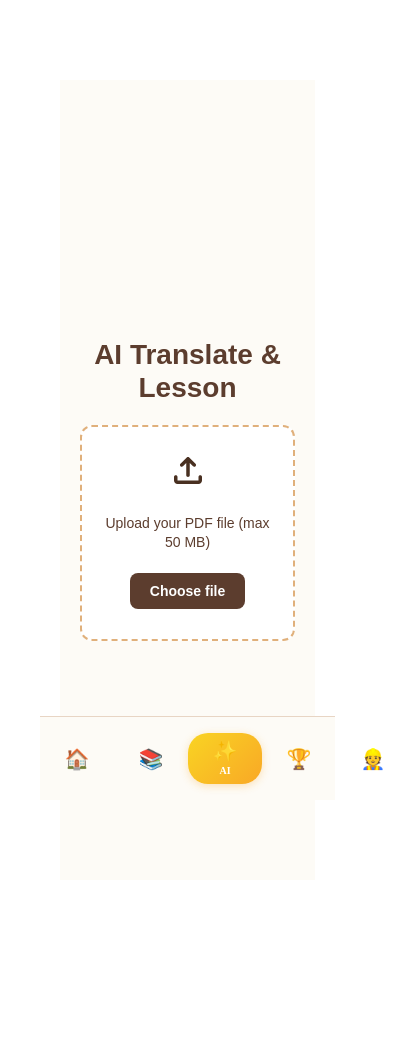
Repository: richelletiongson/Jargon_FrontendShowcase
Page: / (app in jargon_frontend/)
The author's editor kept a copy of each file at every save. The page is drawn from the files as they stood at one save, then again after a run of saves.
The browser window is 375 px wide. The page is 410 px wide, so the pictures cover 410 px, including what lies to the right of the window. The pictures show the whole page.
The project was rebuilt for these pictures with package versions that can differ from the ones it lists, and the page was loaded fresh each time. Also part of the build but not shown: jargon_frontend/vite.config.js, jargon_frontend/src/index.css, jargon_frontend/src/home_pages/Home.jsx, jargon_frontend/src/course_pages/Course.jsx, jargon_frontend/src/charts_pages/Charts.jsx, jargon_frontend/src/profile_pages/Profile.jsx.

Above is the page before, as saved 2025-10-22 14:18:30.

### jargon_frontend/index.html
<!doctype html>
<html lang="en">
  <head>
    <meta charset="UTF-8" />
    <link rel="icon" type="image/svg+xml" href="/vite.svg" />
    <meta name="viewport" content="width=device-width, initial-scale=1.0" />
    <title>jargon_frontend</title>
  </head>
  <body>
    <div id="root"></div>
    <script type="module" src="/src/main.jsx"></script>
  </body>
</html>

### jargon_frontend/src/App.jsx
import './App.css'
import NavBar from "./components/NavBar";
import { BrowserRouter, Routes, Route } from "react-router-dom";
import Home from "./home_pages/Home";
import Course from "./course_pages/Course";
import AI from "./ai_pages/AI";
import Charts from "./charts_pages/Charts";
import Profile from "./profile_pages/Profile";

function App() {
  return (
    <BrowserRouter>
            <div className='page'>
                <main className='main-content'>
                    <Routes>
                        <Route
                            path='/'
                            element={<AI />}
                        />
                        <Route
                            path='/home'
                            element={<Home />}
                        />
                        <Route
                            path='/course'
                            element={<Course />}
                        />
                        <Route
                            path='/ai'
                            element={<AI />}
                        />
                        <Route
                            path='/charts'
                            element={<Charts />}
                        />
                        <Route
                            path='/profile'
                            element={<Profile />}
                        />

                    </Routes>
                </main>
                <NavBar />
            </div>
        </BrowserRouter>
  )
}

export default App

### jargon_frontend/src/components/NavBar.jsx
import React from 'react';
import { Link, useLocation } from 'react-router-dom';
import './NavBar.css';

const NavBar = () => {
  const location = useLocation();

  return (
    <div className="bottom-nav">
      <Link to="/home" className={`nav-item ${location.pathname === '/home' ? 'active' : ''}`}>
        <div className="nav-icon">🏠</div>
      </Link>
      <Link to="/course" className={`nav-item ${location.pathname === '/course' ? 'active' : ''}`}>
        <div className="nav-icon">📚</div>
      </Link>
      <Link to="/" className={`nav-item ${location.pathname === '/' ? 'active' : ''}`}>
        <div className="nav-icon">✨</div>
        <span className="nav-text">AI</span>
      </Link>
      <Link to="/charts" className={`nav-item ${location.pathname === '/charts' ? 'active' : ''}`}>
        <div className="nav-icon">🏆</div>
      </Link>
      <Link to="/profile" className={`nav-item ${location.pathname === '/profile' ? 'active' : ''}`}>
        <div className="nav-icon">👷</div>
      </Link>
    </div>
  );
};

export default NavBar;

### jargon_frontend/src/ai_pages/AI.jsx
import React, { useState } from 'react';
import './AI.css';
import UploadIcon from '../assets/Upload_Icon.svg';

const AI = () => {
  const [selectedFile, setSelectedFile] = useState(null);

  const handleFileChange = (event) => {
    const file = event.target.files[0];
    if (file) {
      setSelectedFile(file);
    }
  };

  return (
    <div className="ai-page">
      {/* Main Content */}
      <div className="main-content">
        <h1 className="page-title">AI Translate & Lesson</h1>
        <div className='rocky-container'>

        </div>
        <div className="file-upload-container">
          <div className="file-upload-area">
            <img src={UploadIcon} alt="Upload" className="upload-icon" />
            <p className="upload-text">Upload your PDF file (max 50 MB)</p>
            <input
              type="file"
              id="file-input"
              accept=".pdf"
              onChange={handleFileChange}
              style={{ display: 'none' }}
            />
            <label htmlFor="file-input" className="choose-file-btn">
              Choose file
            </label>
            {selectedFile && (
              <p className="selected-file">Selected: {selectedFile.name}</p>
            )}
          </div>
        </div>
      </div>

    </div>
  );
};

export default AI;

### jargon_frontend/src/components/NavBar.css
/* Bottom Navigation Styles */
.bottom-nav {
  display: flex;
  justify-content: space-around;
  align-items: center;
  background-color: #FDFBF6;
  padding: 16px 0;
  border-top: 1px solid #E8D5C4;
  position: sticky;
  bottom: 0;
  z-index: 100;
}

.nav-item {
  display: flex;
  flex-direction: column;
  align-items: center;
  gap: 4px;
  padding: 8px 12px;
  border-radius: 20px;
  transition: all 0.3s ease;
  cursor: pointer;
  min-width: 50px;
  text-decoration: none;
  color: inherit;
}

.nav-item:hover {
  background-color: #F5F0E8;
}

.nav-item.active {
  background: linear-gradient(135deg, #F9D423 0%, #F9A826 100%);
  color: white;
  box-shadow: 0 2px 8px rgba(249, 164, 38, 0.3);
}

.nav-icon {
  font-size: 24px;
  line-height: 1;
}

.nav-text {
  font-size: 12px;
  font-weight: 600;
  color: inherit;
}

.nav-item:not(.active) .nav-icon {
  color: #5C3D2E;
}

/* Responsive Design */
@media (max-width: 480px) {
  .nav-icon {
    font-size: 20px;
  }

  .nav-text {
    font-size: 10px;
  }
}

### jargon_frontend/src/home_pages/Home.css
/* Home Page Styles */
.home-page {
  min-height: 100vh;
  background-color: #FDFBF6;
  display: flex;
  flex-direction: column;
  font-family: -apple-system, BlinkMacSystemFont, 'Segoe UI', 'Roboto', sans-serif;
}

.status-bar {
  display: flex;
  justify-content: space-between;
  align-items: center;
  padding: 12px 20px;
  background-color: #FDFBF6;
  color: #5C3D2E;
  font-size: 16px;
  font-weight: 600;
}

.status-icons {
  display: flex;
  gap: 8px;
  font-size: 18px;
}

.main-content {
  flex: 1;
  padding: 40px 20px;
  display: flex;
  flex-direction: column;
  align-items: center;
  justify-content: center;
  text-align: center;
}

.page-title {
  font-size: 28px;
  font-weight: bold;
  color: #5C3D2E;
  margin-bottom: 20px;
}

.coming-soon {
  color: #5C3D2E;
  font-size: 18px;
  opacity: 0.7;
}

### jargon_frontend/src/course_pages/Course.css
/* Course Page Styles */
.course-page {
  min-height: 100vh;
  background-color: #FDFBF6;
  display: flex;
  flex-direction: column;
  font-family: -apple-system, BlinkMacSystemFont, 'Segoe UI', 'Roboto', sans-serif;
}

.status-bar {
  display: flex;
  justify-content: space-between;
  align-items: center;
  padding: 12px 20px;
  background-color: #FDFBF6;
  color: #5C3D2E;
  font-size: 16px;
  font-weight: 600;
}

.status-icons {
  display: flex;
  gap: 8px;
  font-size: 18px;
}

.main-content {
  flex: 1;
  padding: 40px 20px;
  display: flex;
  flex-direction: column;
  align-items: center;
  justify-content: center;
  text-align: center;
}

.page-title {
  font-size: 28px;
  font-weight: bold;
  color: #5C3D2E;
  margin-bottom: 20px;
}

.coming-soon {
  color: #5C3D2E;
  font-size: 18px;
  opacity: 0.7;
}

### jargon_frontend/src/ai_pages/AI.css
/* AI Page Styles */
.ai-page {
  min-height: 100vh;
  background-color: #FDFBF6;
  display: flex;
  flex-direction: column;
  font-family: poppins, sans-serif;
}

/* Main Content */
.main-content {
  flex: 1;
  padding: 40px 20px;
  display: flex;
  flex-direction: column;
  align-items: center;
  justify-content: center;
  text-align: center;
}

.page-title {
  font-size: 28px;
  font-weight: bold;
  color: #5C3D2E;
  margin-bottom: 60px;
  line-height: 1.2;
}

.file-upload-container {
  width: 100%;
  max-width: 400px;
  margin: 0 auto;
}

.file-upload-area {
  background-color: white;
  border: 2px dashed #E0B07B;
  border-radius: 12px;
  padding: 40px 20px;
  display: flex;
  flex-direction: column;
  align-items: center;
  gap: 20px;
  transition: all 0.3s ease;
}

.file-upload-area:hover {
  border-color: #D4A574;
  background-color: #FEFCF7;
}

.upload-icon {
  font-size: 48px;
  color: #5C3D2E;
  margin-bottom: 10px;
}

.upload-text {
  color: #5C3D2E;
  font-size: 16px;
  margin: 0;
  line-height: 1.4;
}

.choose-file-btn {
  background-color: #5C3D2E;
  color: white;
  padding: 12px 24px;
  border-radius: 8px;
  border: none;
  font-size: 16px;
  font-weight: 600;
  cursor: pointer;
  transition: background-color 0.3s ease;
  text-decoration: none;
  display: inline-block;
}

.choose-file-btn:hover {
  background-color: #4A3225;
}

.selected-file {
  color: #5C3D2E;
  font-size: 14px;
  margin: 10px 0 0 0;
  font-style: italic;
}


/* Responsive Design */
@media (max-width: 480px) {
  .main-content {
    padding: 30px 16px;
  }

  .page-title {
    font-size: 24px;
    margin-bottom: 40px;
  }

  .file-upload-area {
    padding: 30px 16px;
  }

  .upload-icon {
    font-size: 40px;
  }

  .upload-text {
    font-size: 14px;
  }

  .choose-file-btn {
    padding: 10px 20px;
    font-size: 14px;
  }
}

@media (max-width: 360px) {
  .status-bar {
    padding: 10px 16px;
    font-size: 14px;
  }

  .main-content {
    padding: 20px 12px;
  }

  .page-title {
    font-size: 22px;
    margin-bottom: 30px;
  }

  .file-upload-area {
    padding: 24px 12px;
  }

  .nav-icon {
    font-size: 20px;
  }

  .nav-text {
    font-size: 10px;
  }
}

### jargon_frontend/src/charts_pages/Charts.css
/* Charts Page Styles */
.charts-page {
  min-height: 100vh;
  background-color: #FDFBF6;
  display: flex;
  flex-direction: column;
  font-family: -apple-system, BlinkMacSystemFont, 'Segoe UI', 'Roboto', sans-serif;
}

.status-bar {
  display: flex;
  justify-content: space-between;
  align-items: center;
  padding: 12px 20px;
  background-color: #FDFBF6;
  color: #5C3D2E;
  font-size: 16px;
  font-weight: 600;
}

.status-icons {
  display: flex;
  gap: 8px;
  font-size: 18px;
}

.main-content {
  flex: 1;
  padding: 40px 20px;
  display: flex;
  flex-direction: column;
  align-items: center;
  justify-content: center;
  text-align: center;
}

.page-title {
  font-size: 28px;
  font-weight: bold;
  color: #5C3D2E;
  margin-bottom: 20px;
}

.coming-soon {
  color: #5C3D2E;
  font-size: 18px;
  opacity: 0.7;
}

### jargon_frontend/src/profile_pages/Profile.css
/* Profile Page Styles */
.profile-page {
  min-height: 100vh;
  background-color: #FDFBF6;
  display: flex;
  flex-direction: column;
  font-family: -apple-system, BlinkMacSystemFont, 'Segoe UI', 'Roboto', sans-serif;
}

.status-bar {
  display: flex;
  justify-content: space-between;
  align-items: center;
  padding: 12px 20px;
  background-color: #FDFBF6;
  color: #5C3D2E;
  font-size: 16px;
  font-weight: 600;
}

.status-icons {
  display: flex;
  gap: 8px;
  font-size: 18px;
}

.main-content {
  flex: 1;
  padding: 40px 20px;
  display: flex;
  flex-direction: column;
  align-items: center;
  justify-content: center;
  text-align: center;
}

.page-title {
  font-size: 28px;
  font-weight: bold;
  color: #5C3D2E;
  margin-bottom: 20px;
}

.coming-soon {
  color: #5C3D2E;
  font-size: 18px;
  opacity: 0.7;
}

Loaded but not shown: jargon_frontend/src/main.jsx (common file); jargon_frontend/src/App.css (common file)

After the next 2 saves:
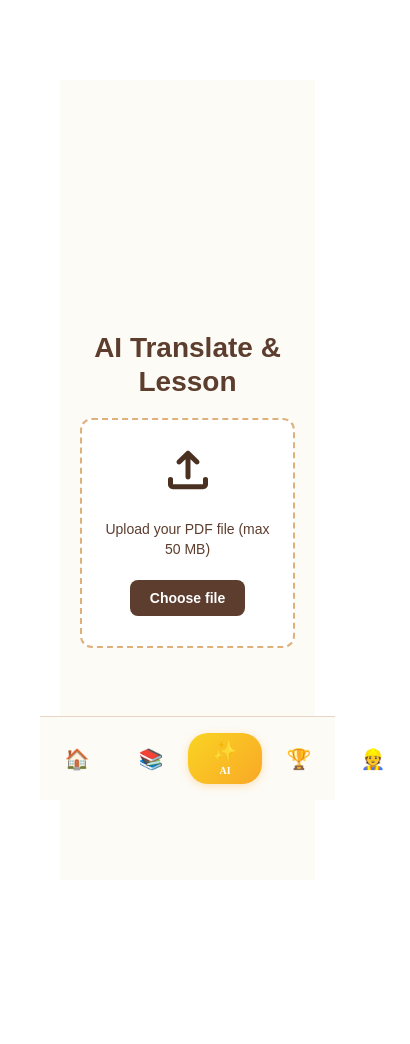
The 2 saves are shown as one change because they came seconds apart.
The last was saved 5 s later.
--- a/jargon_frontend/src/ai_pages/AI.css
+++ b/jargon_frontend/src/ai_pages/AI.css
@@ -50,7 +50,8 @@
 }
 
 .upload-icon {
-  font-size: 48px;
+  width: 48px;
+  height: 48px;
   color: #5C3D2E;
   margin-bottom: 10px;
 }
@@ -104,7 +105,8 @@
   }
 
   .upload-icon {
-    font-size: 40px;
+    width: 40px;
+    height: 40px;
   }
 
   .upload-text {
